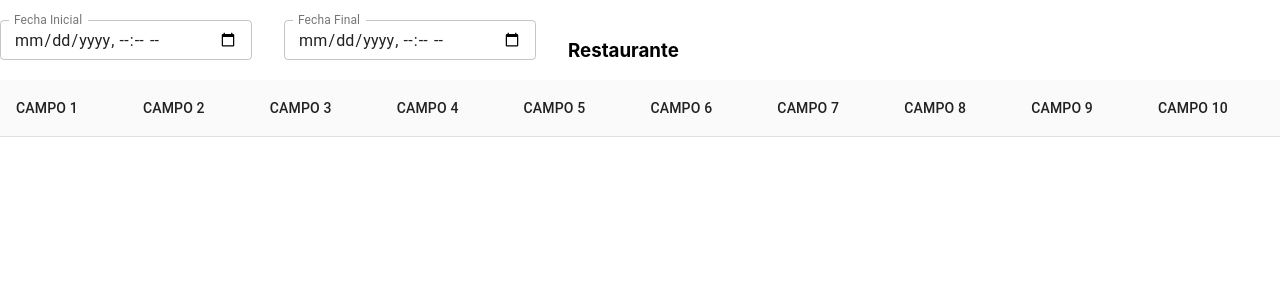
Repository: rafaelpc13/FRONT_RFNEW
Page: /
These files come from the project's save history. The page is drawn as it stood at one moment and after the next save; the edit follows.
The browser window is 1280 px wide. The pictures show the whole page.
The project was rebuilt for these pictures with package versions that can differ from the ones it lists, and the page was loaded fresh each time. Also part of the build but not shown: src/App.css.

Above is the page before, as saved 2022-10-29 11:29:39.

### public/index.html
<!DOCTYPE html>
<html lang="en">
  <head>
    <meta charset="utf-8" />
    <link rel="icon" href="%PUBLIC_URL%/favicon.ico" />
    <meta name="viewport" content="width=device-width, initial-scale=1" />
    <meta name="theme-color" content="#000000" />
    <meta
      name="description"
      content="Web site created using create-react-app"
    />
    <link rel="apple-touch-icon" href="%PUBLIC_URL%/logo192.png" />
    <!--
      manifest.json provides metadata used when your web app is installed on a
      user's mobile device or desktop. See https://developers.google.com/web/fundamentals/web-app-manifest/
    -->
    <link rel="manifest" href="%PUBLIC_URL%/manifest.json" />
    <!--
      Notice the use of %PUBLIC_URL% in the tags above.
      It will be replaced with the URL of the `public` folder during the build.
      Only files inside the `public` folder can be referenced from the HTML.

      Unlike "/favicon.ico" or "favicon.ico", "%PUBLIC_URL%/favicon.ico" will
      work correctly both with client-side routing and a non-root public URL.
      Learn how to configure a non-root public URL by running `npm run build`.
    -->
    <title>RIFAS</title>
  </head>
  <body>
    <noscript>You need to enable JavaScript to run this app.</noscript>
    <div id="root"  ></div>
    <!--
      This HTML file is a template.
      If you open it directly in the browser, you will see an empty page.

      You can add webfonts, meta tags, or analytics to this file.
      The build step will place the bundled scripts into the <body> tag.

      To begin the development, run `npm start` or `yarn start`.
      To create a production bundle, use `npm run build` or `yarn build`.
    -->
  </body>
</html>

### src/index.js
import React from 'react';
import ReactDOM from 'react-dom/client';
import './index.css';
import App from './App';
import reportWebVitals from './reportWebVitals';

const root = ReactDOM.createRoot(document.getElementById('root'));
root.render(

    <App  />

);

// If you want to start measuring performance in your app, pass a function
// to log results (for example: reportWebVitals(console.log))
// or send to an analytics endpoint. Learn more: https://bit.ly/CRA-vitals
reportWebVitals();

### src/App.js
import logo from './logo.svg';
import './App.css';
import { TableContainer, Table, TableBody, TableRow, TableCell, TableHead } from '@material-ui/core'
import { Input, TextField } from '@material-ui/core'
function App() {
  return (
    <div className="App">
      <div style={{ display: 'flex', marginTop: '20px',gap:'2rem' }}>
        <TextField
          type="datetime-local"
          label="Fecha Inicial"
          variant="outlined"
          size="small"
          InputLabelProps={{
            shrink: true
          }}
        />

        <TextField
          type="datetime-local"
          label="Fecha Final"
          variant="outlined"
          size="small"
          InputLabelProps={{
            shrink: true
          }}
        />

        <h3>Restaurante</h3>

      </div>
      <TableContainer>
        <Table className="min-w-xl" stickyHeader aria-label="sticky table" aria-labelledby="tableTitle">
          <TableHead>
            <TableRow className="h-48 sm:h-64">
              <TableCell>CAMPO 1</TableCell>
              <TableCell>CAMPO 2</TableCell>
              <TableCell>CAMPO 3</TableCell>
              <TableCell>CAMPO 4</TableCell>
              <TableCell>CAMPO 5</TableCell>
              <TableCell>CAMPO 6</TableCell>
              <TableCell>CAMPO 7</TableCell>
              <TableCell>CAMPO 8</TableCell>
              <TableCell>CAMPO 9</TableCell>
              <TableCell>CAMPO 10</TableCell>
            </TableRow>
          </TableHead>
        </Table>
      </TableContainer>
    </div>
  );
}

export default App;

Loaded but not shown: src/index.css (common file); src/reportWebVitals.js (common file); src/App.css (no copy from this time; the picture is the same without it)

After the next save:
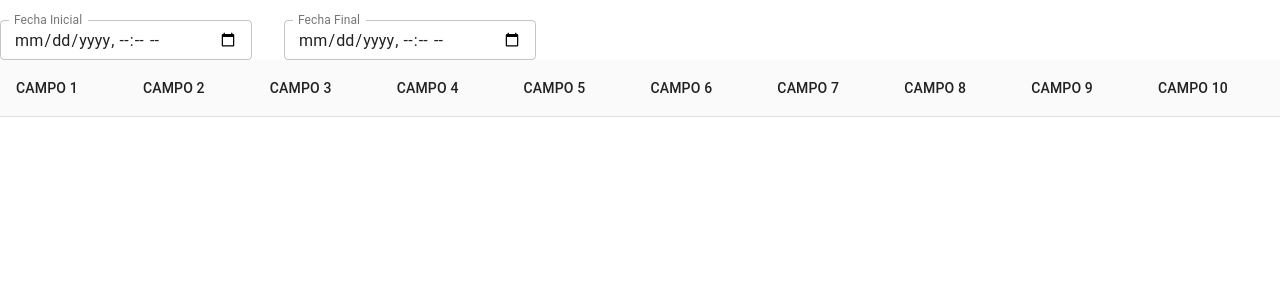
Saved 13 s later.
--- a/src/App.js
+++ b/src/App.js
@@ -26,7 +26,7 @@ function App() {
           }}
         />
 
-        <h3>Restaurante</h3>
+        {/* <h3>Restaurante</h3> */}
 
       </div>
       <TableContainer>
